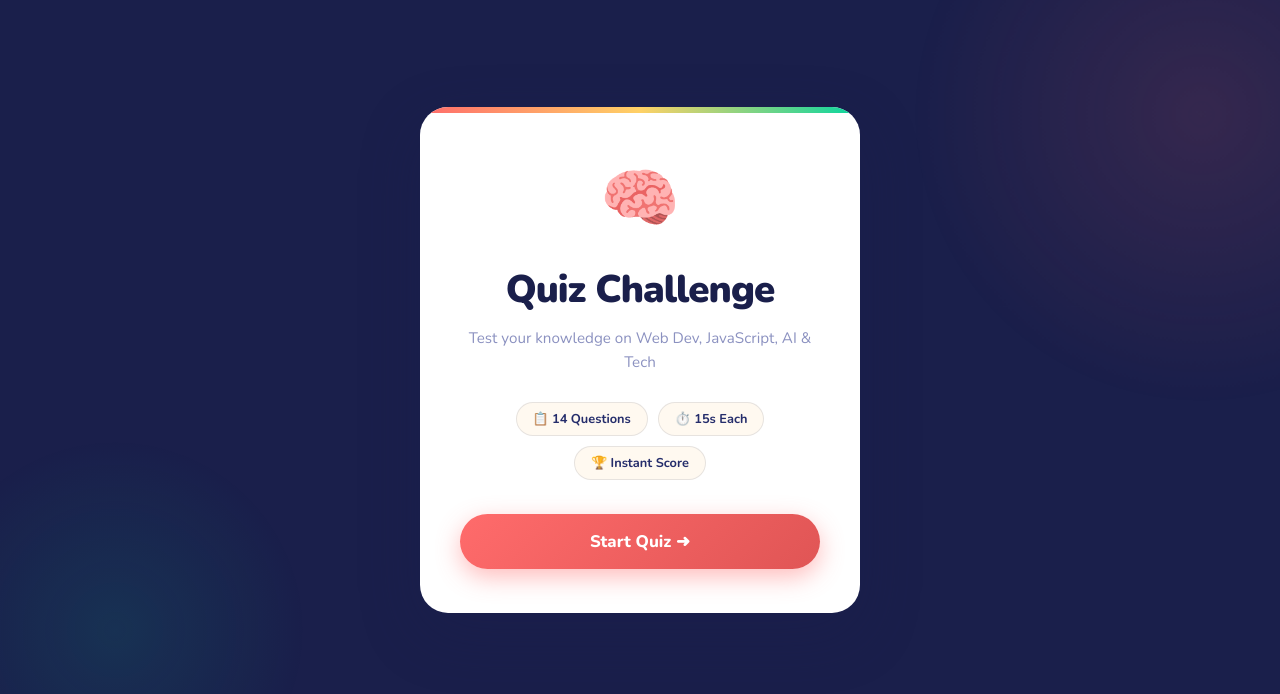
Repository: fatimaqueen9967-eng/SyntacexhubQuizApp
Page: index.html
An editor plug-in stored every save of this project. The page is shown before and after the next save, followed by the edit.
The browser window is 1280 px wide. The pictures show the whole page.

Above is the page before, as saved 2026-03-15 16:11:54.

After the next save:
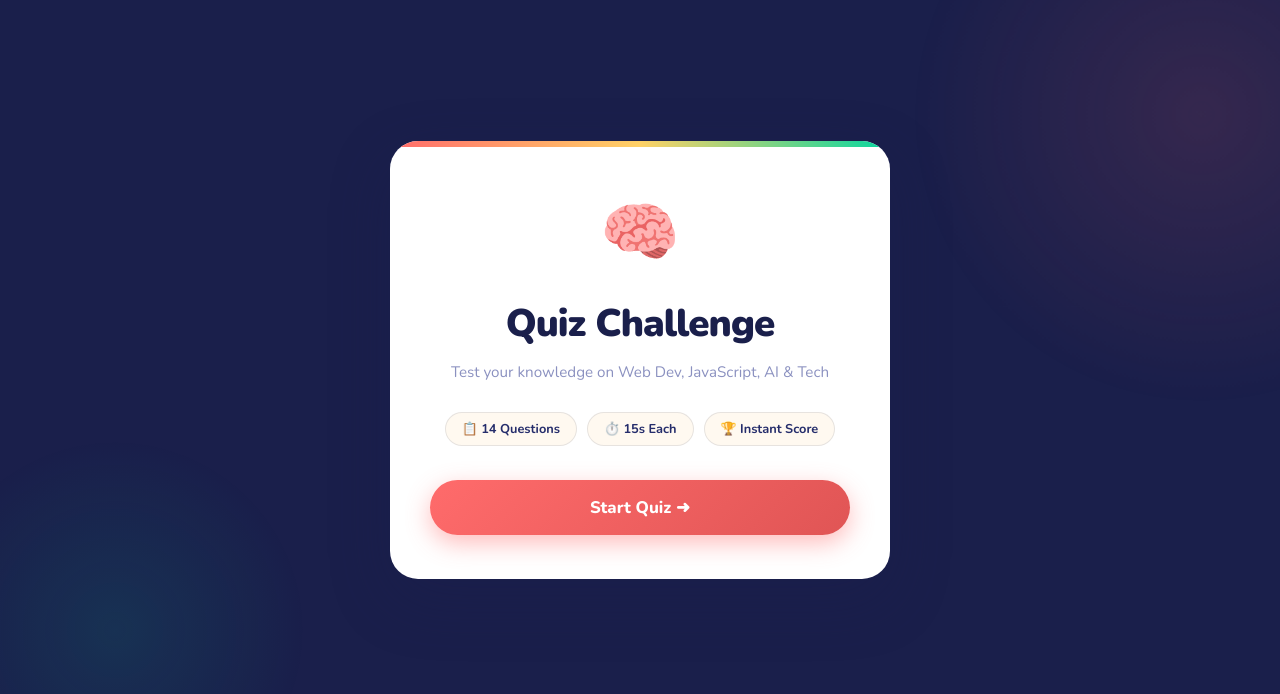
Saved 20 s later.
--- a/style.css
+++ b/style.css
@@ -438,3 +438,86 @@ button:disabled { cursor: not-allowed; opacity: 0.9; }
 .stat-icon { font-size: 1.2rem; }
 .stat-box .stat-num {
     font-size: 1.6rem;
+    font-weight: 900;
+    line-height: 1;
+}
+.stat-correct .stat-num { color: #059669; }
+.stat-wrong   .stat-num { color: var(--coral-dark); }
+.stat-pct     .stat-num { color: var(--gold-dark); }
+.stat-lbl {
+    font-size: 0.72rem;
+    font-weight: 700;
+    color: var(--text-muted);
+    text-transform: uppercase;
+    letter-spacing: 0.5px;
+}
+.result-msg {
+    background: var(--cream);
+    border-left: 4px solid var(--coral);
+    color: var(--text-mid);
+    font-size: 0.88rem;
+    font-weight: 600;
+    line-height: 1.55;
+    padding: 12px 16px;
+    border-radius: 0 var(--radius-sm) var(--radius-sm) 0;
+    margin-bottom: 24px;
+    text-align: left;
+}
+.result-btns { display: flex; gap: 12px; }
+
+/* ANIMATIONS */
+@keyframes popIn {
+    from { opacity: 0; transform: scale(0.92) translateY(24px); }
+    to   { opacity: 1; transform: scale(1) translateY(0); }
+}
+@keyframes fadeSlideUp {
+    from { opacity: 0; transform: translateY(10px); }
+    to   { opacity: 1; transform: translateY(0); }
+}
+@keyframes fadeIn {
+    from { opacity: 0; }
+    to   { opacity: 1; }
+}
+@keyframes correctPop {
+    0%   { transform: scale(1); }
+    40%  { transform: scale(1.04); }
+    100% { transform: scale(1); }
+}
+@keyframes wrongShake {
+    0%,100% { transform: translateX(0); }
+    20%     { transform: translateX(-7px); }
+    40%     { transform: translateX(7px); }
+    60%     { transform: translateX(-4px); }
+    80%     { transform: translateX(4px); }
+}
+.question p.slide-in {
+    animation: fadeDown 0.35s ease both;
+}
+@keyframes fadeDown {
+    from { opacity: 0; transform: translateY(-10px); }
+    to   { opacity: 1; transform: translateY(0); }
+}
+
+/* MEDIA QUERIES */
+@media (max-width: 600px) {
+    .start-card, .result-card { padding: 38px 20px 32px; }
+    .start-card h1 { font-size: 1.9rem; }
+    .box { padding: 22px 16px; }
+    .quiz-heading { font-size: 1.25rem; }
+    .question p { font-size: 0.96rem; }
+    button { font-size: 0.82rem; padding: 11px 14px; }
+    #meta-row { font-size: 0.76rem; }
+    .result-title { font-size: 1.6rem; }
+    .score-ring-wrap { width: 130px; height: 130px; }
+    .score-num { font-size: 2rem; }
+    .stat-box { padding: 12px 8px; }
+    .stat-box .stat-num { font-size: 1.3rem; }
+}
+@media (max-width: 380px) {
+    body { padding: 12px; }
+    .start-card h1 { font-size: 1.6rem; }
+    .start-badges { flex-direction: column; align-items: center; }
+}
+@media (min-width: 900px) {
+    .box, .start-card, .result-card { max-width: 500px; }
+}
